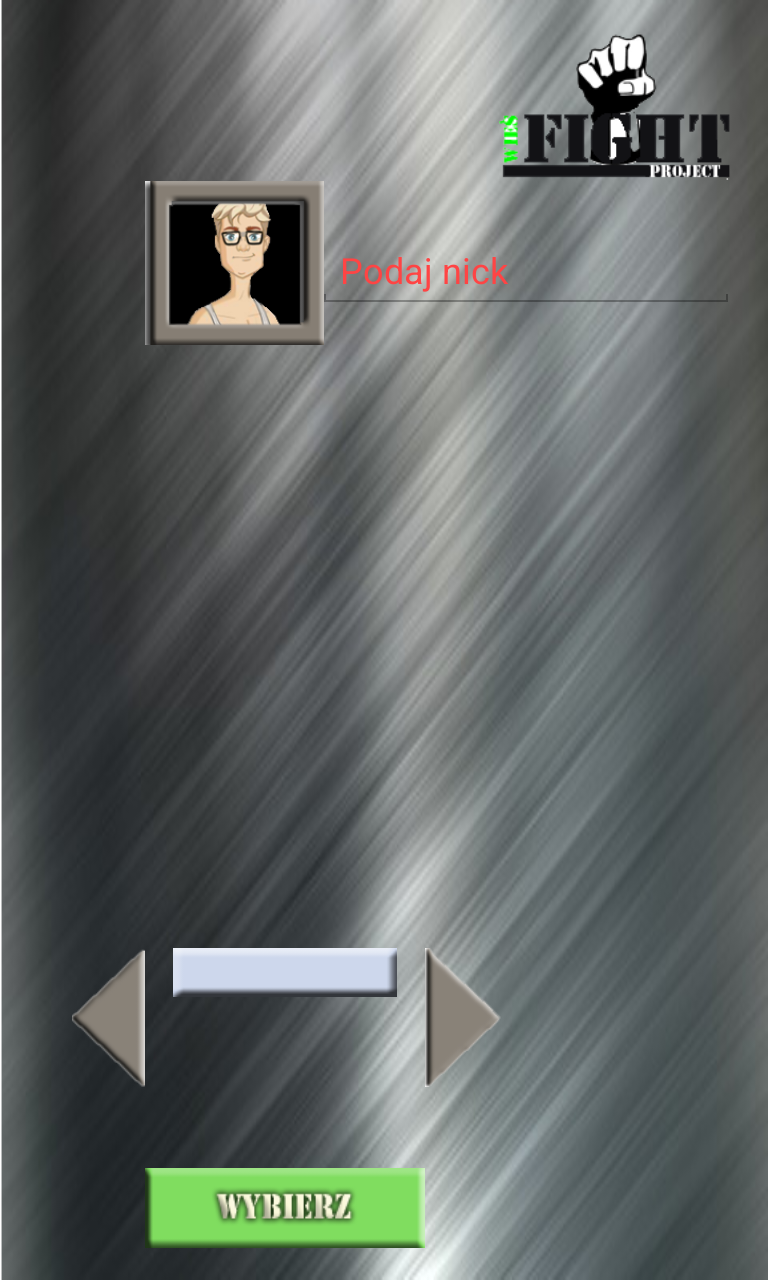
Repository: KrzysztofWolinski/WiesFight_Project
Layout: WiesFight/res/layout/activity_login.xml
An editor plug-in stored every save of this project. The layout is shown before and after the next save, followed by the edit.
It is drawn on a 768 x 1280 px phone screen (xhdpi) without system bars, with theme AppTheme; the app's code is not run.

Above is the layout before, as saved 2014-11-04 19:20:06.

After the next save:
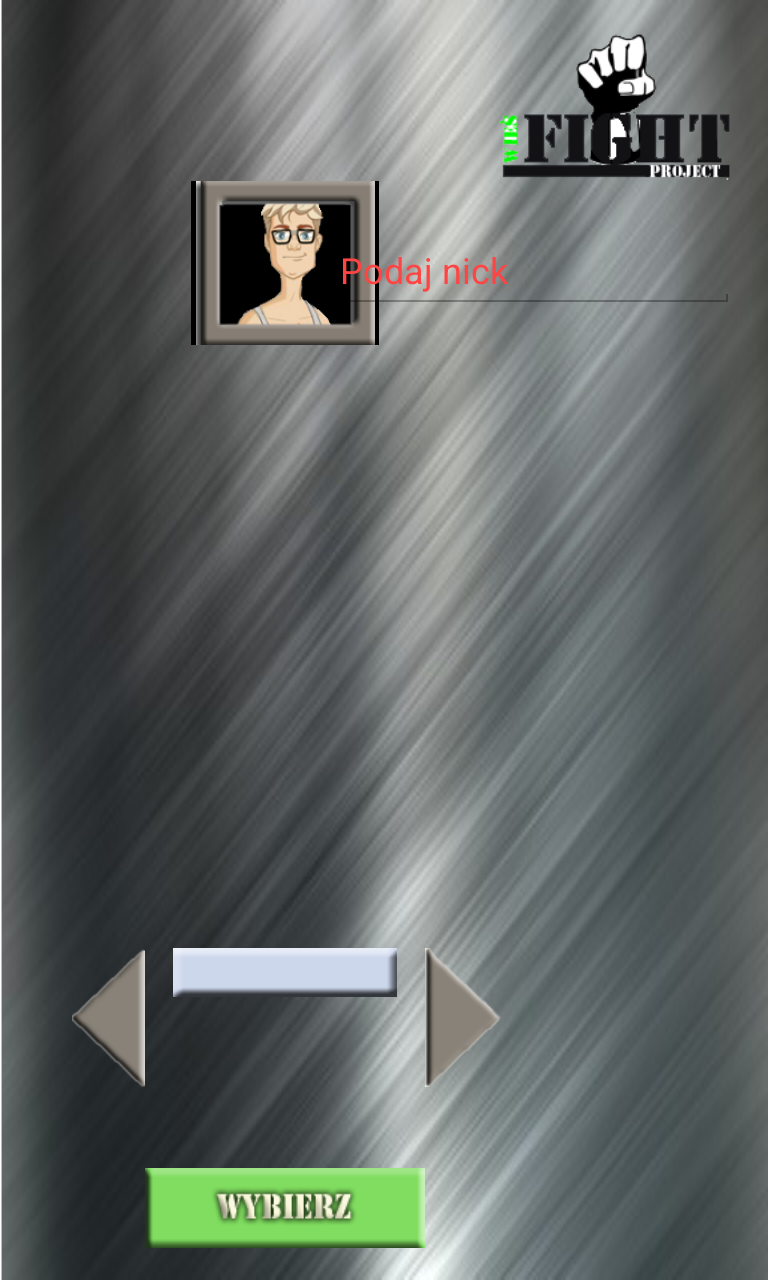
Saved 62 s later.
--- a/WiesFight/res/layout/activity_login.xml
+++ b/WiesFight/res/layout/activity_login.xml
@@ -82,6 +82,7 @@
         android:layout_height="wrap_content"
         android:layout_below="@+id/imgLogo"
         android:layout_toRightOf="@+id/ibtnLeft"
+        android:layout_toLeftOf="@+id/ibtnRight"
         android:contentDescription="@string/ramka"
         android:src="@drawable/ramka" />
 
